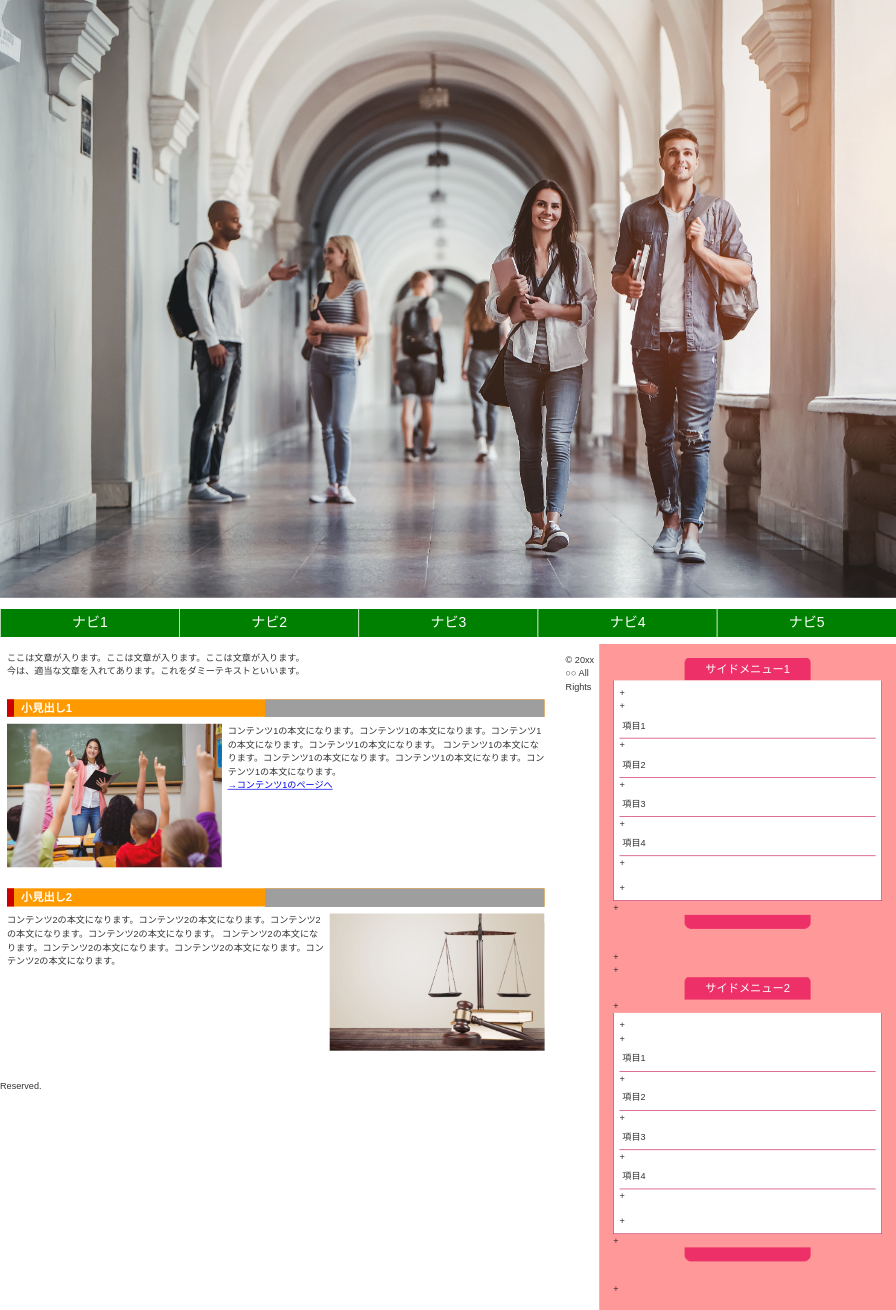
Repository: aki19990/Samurai_HTML-CSS
Page: home.html
The author's editor kept a record of every edit. The page is drawn from the files as they stood at one moment, then again after the next edit.
The browser window is 1280 px wide. The pictures show the whole page, at 70% of full size.
Pictures or frames that could not be fetched are drawn as grey boxes.

Above is the page before.

After the next edit:
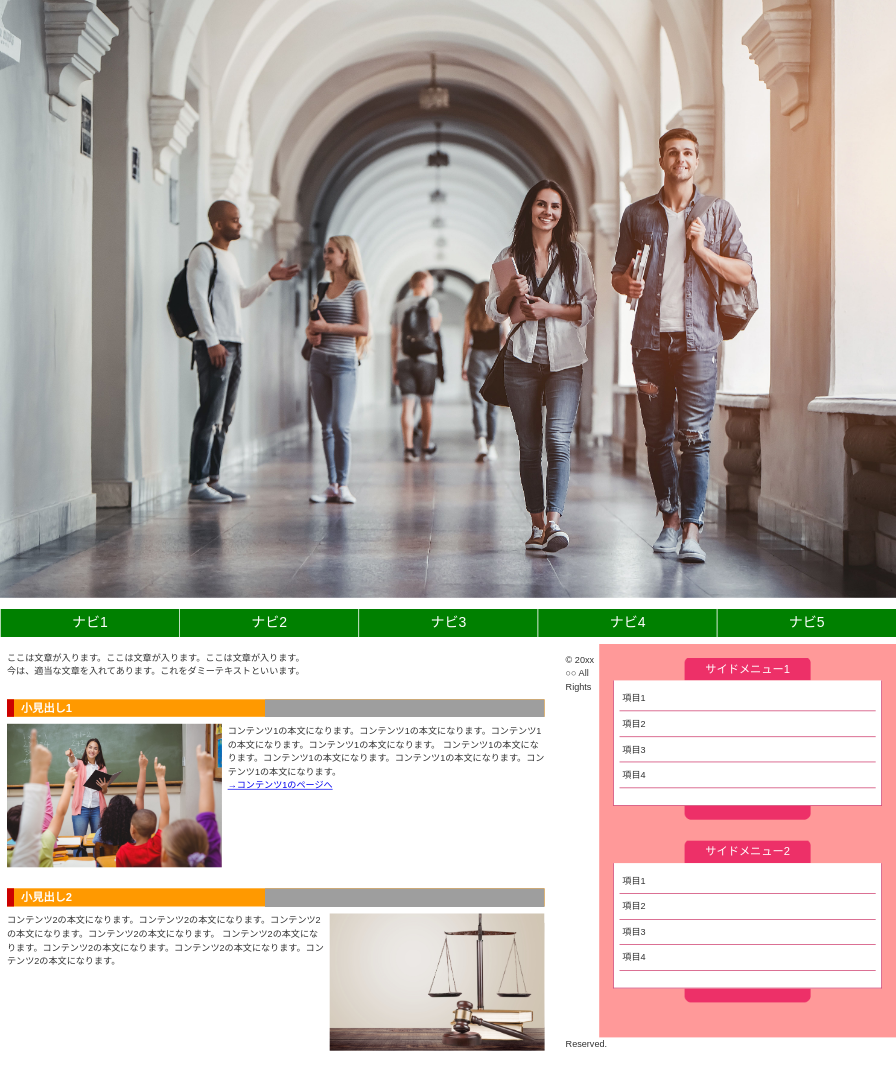
The edit:
--- a/home.html
+++ b/home.html
@@ -56,27 +56,27 @@
                     <div class="box">
                         <h2>サイドメニュー1</h2>
                         <div class="boxBody">
-+                            <ul>
-+                                <li>項目1</li>
-+                                <li>項目2</li>
-+                                <li>項目3</li>
-+                                <li>項目4</li>
-+                            </ul>
-+                        </div>
-+                    </div>
-+                    <div class="box">
-+                        <h2>サイドメニュー2</h2>
-+                        <div class="boxBody">
-+                            <ul>
-+                                <li>項目1</li>
-+                                <li>項目2</li>
-+                                <li>項目3</li>
-+                                <li>項目4</li>
-+                            </ul>
-+                        </div>
-+                    </div>
-+                </div>
-        <div id="footer">
+                            <ul>
+                                <li>項目1</li>
+                                <li>項目2</li>
+                                <li>項目3</li>
+                                <li>項目4</li>
+                            </ul>
+                        </div>
+                    </div>
+                    <div class="box">
+                        <h2>サイドメニュー2</h2>
+                        <div class="boxBody">
+                            <ul>
+                                <li>項目1</li>
+                                <li>項目2</li>
+                                <li>項目3</li>
+                                <li>項目4</li>
+                            </ul>
+                        </div>
+                    </div>
+    </div>
+    <div id="footer">
             <p>&copy; 20xx ○○ All Rights Reserved.</p>
         </div>
     </body>
